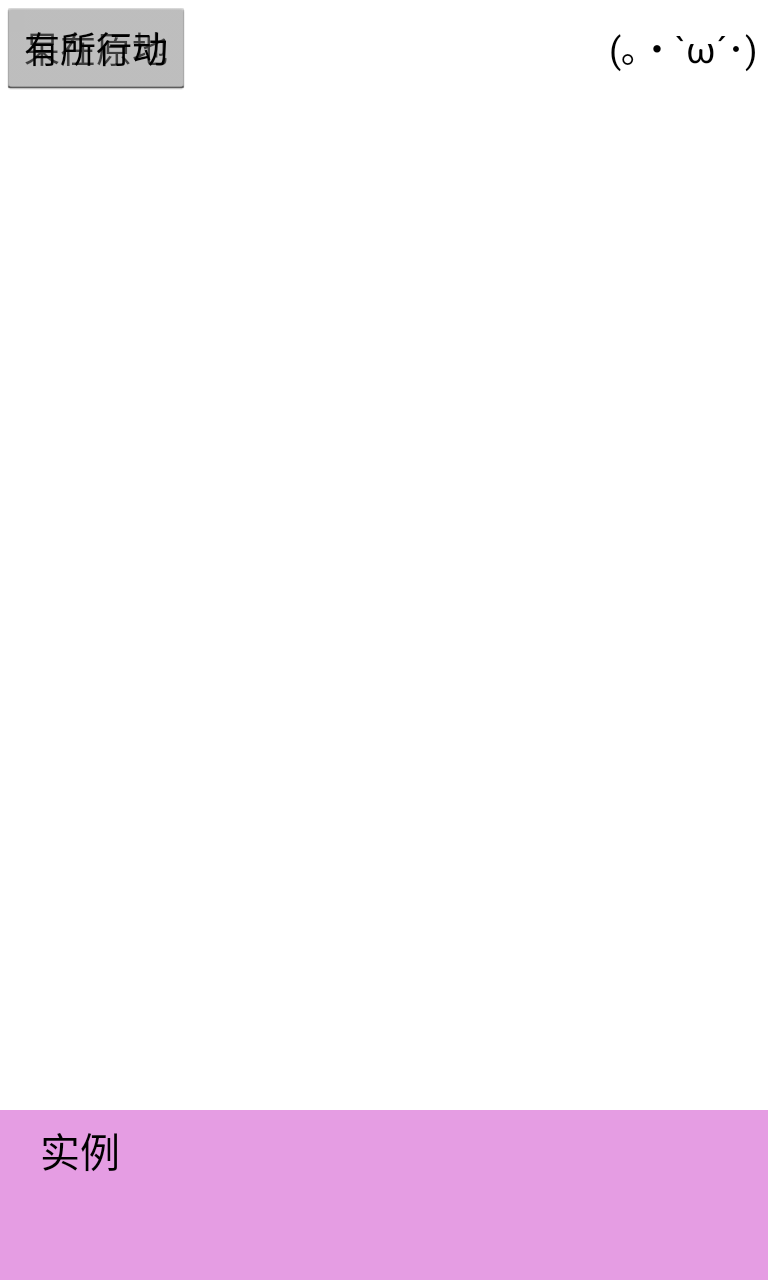
Repository: GuardLDW/HERO
Layout: GuardLDW/res/layout/game.xml
These files come from the project's save history. The layout is drawn as it stood at one moment and after the next save; the edit follows.
It is drawn on a 768 x 1280 px phone screen (xhdpi) without system bars, with theme AppTheme; the app's code is not run.

Above is the layout before, as saved 2016-10-04 09:51:27.

### GuardLDW/res/layout/game.xml
<?xml version="1.0" encoding="utf-8"?>
<RelativeLayout xmlns:android="http://schemas.android.com/apk/res/android"
    android:layout_width="match_parent"
    android:layout_height="match_parent"
    android:orientation="vertical" >


      <ImageView
        android:id="@+id/image_game"
        android:layout_width="match_parent"
        android:layout_height="match_parent"
        android:scaleType="fitXY" />

    <Button
        android:id="@+id/button_dialog"
        android:layout_width="match_parent"
        android:layout_height="wrap_content"
        android:layout_alignParentBottom="true"
        android:background="#afDA70D6"
        android:gravity="left"
        android:minHeight="85dp"
        android:paddingLeft="20dip"
        android:paddingRight="20dip"
        android:paddingTop="5dip"
        android:text = "实例"
        android:textSize="20sp" />

    <Button
        android:id="@+id/button_startgameset"
        android:layout_width="wrap_content"
        android:layout_height="wrap_content"
        android:layout_alignParentRight="true"
        android:layout_alignParentTop="true"
        android:text="(｡・`ω´･)"
        android:layout_marginRight="5dp"
        android:background="#00FFFFFF"/>

    <Button
        android:id="@+id/button_remove"
        android:layout_width="wrap_content"
        android:layout_height="wrap_content"
        android:layout_alignRight="@+id/button_startgameset"
        android:layout_centerVertical="true"
        android:text="清除对话框"
        android:visibility="gone"/>

    <Button
        android:id="@+id/button_save"
        android:layout_width="wrap_content"
        android:layout_height="wrap_content"
        android:layout_alignLeft="@+id/button_remove"
        android:layout_alignRight="@+id/button_startgameset"
        android:layout_below="@+id/button_startgameset"
        android:visibility="gone"
        android:text="保存存档" />

    <Button
        android:id="@+id/button_backtotitle"
        android:layout_width="wrap_content"
        android:layout_height="wrap_content"
        android:layout_alignBaseline="@+id/button_save"
        android:layout_alignBottom="@+id/button_save"
        android:layout_alignRight="@+id/button_fast"
        android:visibility="gone"
        android:minWidth="110dp"
        android:text="返回标题界面" />

    <Button
        android:id="@+id/button_fast"
        android:layout_width="wrap_content"
        android:layout_height="wrap_content"
        android:layout_centerVertical="true"
        android:layout_marginRight="30dp"
        android:layout_toLeftOf="@+id/button_remove"
        android:minWidth="110dp"
        android:visibility="gone"
        android:text="快进到选项" />

    <Button
        android:id = "@+id/button_choice1"
        android:layout_width="wrap_content"
        android:layout_height="wrap_content"
        android:text = "呆在原地">

    </Button>

    <Button
        android:id = "@+id/button_choice2"
        android:layout_width="wrap_content"
        android:layout_height="wrap_content"
        android:text = "有所行动">

    </Button>




</RelativeLayout>

Loaded but not shown: GuardLDW/res/values/styles.xml (common file); GuardLDW/res/values-v11/styles.xml (common file); GuardLDW/res/values-v14/styles.xml (common file)

After the next save:
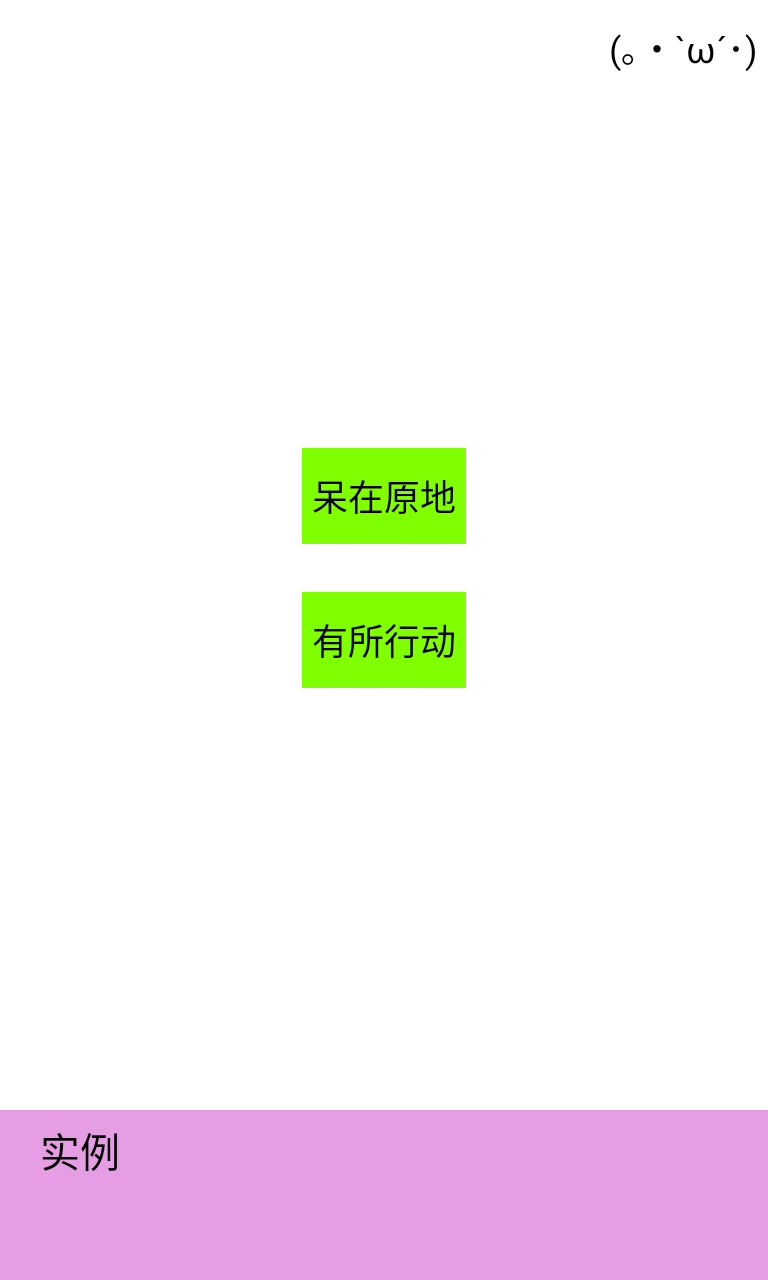
Saved 3 min 23 s later.
--- a/GuardLDW/res/layout/game.xml
+++ b/GuardLDW/res/layout/game.xml
@@ -42,6 +42,7 @@
         android:layout_alignRight="@+id/button_startgameset"
         android:layout_centerVertical="true"
         android:text="清除对话框"
+        android:background="#6495ED"
         android:visibility="gone"/>
 
     <Button
@@ -51,6 +52,7 @@
         android:layout_alignLeft="@+id/button_remove"
         android:layout_alignRight="@+id/button_startgameset"
         android:layout_below="@+id/button_startgameset"
+        android:background="#6495ED"
         android:visibility="gone"
         android:text="保存存档" />
 
@@ -63,6 +65,7 @@
         android:layout_alignRight="@+id/button_fast"
         android:visibility="gone"
         android:minWidth="110dp"
+        android:background="#6495ED"
         android:text="返回标题界面" />
 
     <Button
@@ -74,25 +77,30 @@
         android:layout_toLeftOf="@+id/button_remove"
         android:minWidth="110dp"
         android:visibility="gone"
+        android:background="#6495ED"
         android:text="快进到选项" />
 
     <Button
-        android:id = "@+id/button_choice1"
+        android:id="@+id/button_choice1"
         android:layout_width="wrap_content"
         android:layout_height="wrap_content"
-        android:text = "呆在原地">
-
-    </Button>
+        android:layout_above="@+id/button_choice2"
+        android:layout_alignLeft="@+id/button_choice2"
+        android:layout_marginBottom="24dp"
+        android:background="#7FFF00"
+        android:paddingLeft="5dp"
+        android:paddingRight="5dp"
+        android:text="呆在原地" />
 
     <Button
-        android:id = "@+id/button_choice2"
+        android:id="@+id/button_choice2"
         android:layout_width="wrap_content"
         android:layout_height="wrap_content"
-        android:text = "有所行动">
-
-    </Button>
-
-
-
+        android:layout_centerHorizontal="true"
+        android:layout_centerVertical="true"
+        android:paddingLeft="5dp"
+        android:paddingRight="5dp"
+        android:background="#7FFF00"
+        android:text="有所行动" />
 
 </RelativeLayout>
